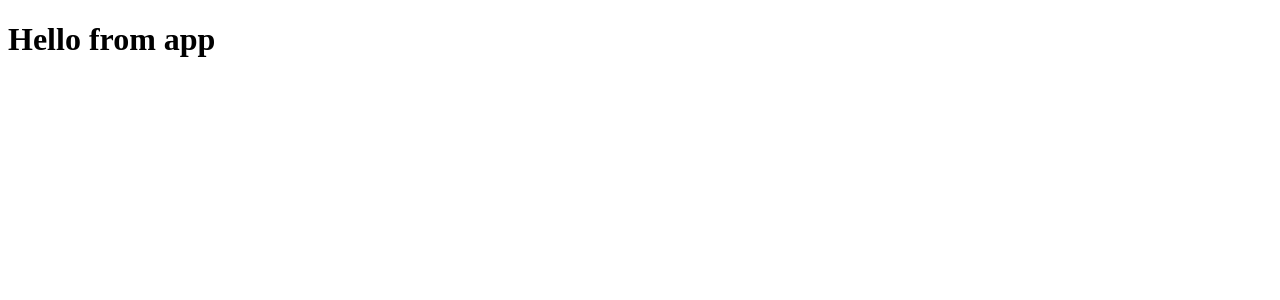
Repository: 1sanjeetsharma/cult-fit-clone
Page: /
The author's editor kept a copy of each file at every save. The page is drawn from the files as they stood at one save, then again after the next save.
The browser window is 1280 px wide. The pictures show the whole page.
The project was rebuilt for these pictures with package versions that can differ from the ones it lists, and the page was loaded fresh each time. Also part of the build but not shown: vite.config.js.

Above is the page before, as saved 2023-07-01 21:12:10.

After the next save:
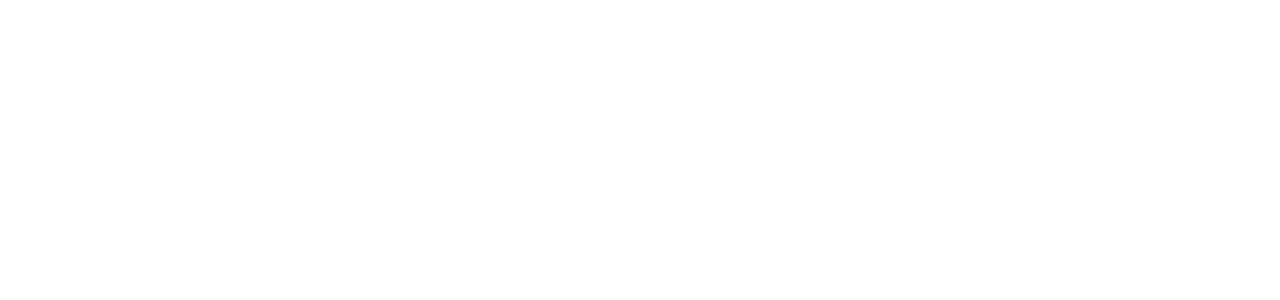
Console error: ReferenceError: children is not defined
Saved 25 s later.
--- a/src/App.jsx
+++ b/src/App.jsx
@@ -2,6 +2,7 @@
 function App() {
   return (
     <>
+      <Body></Body>
       <h1>Hello from app</h1>
     </>
   );

After the 5 saves that followed:
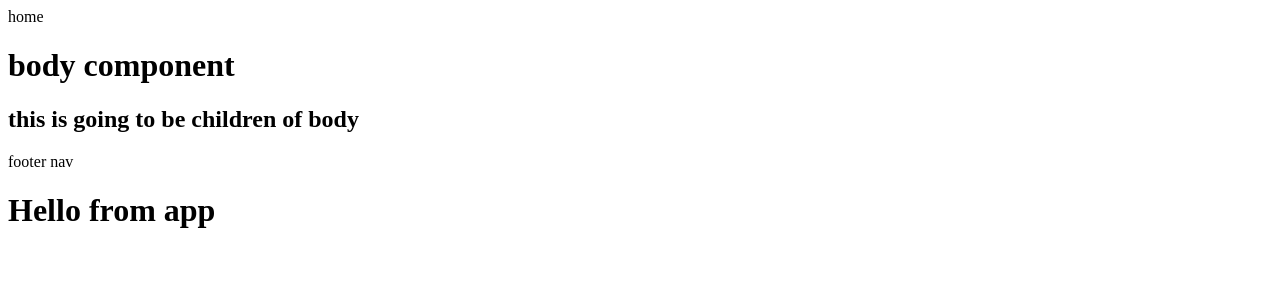
The error is gone.
The 5 saves are shown as one change because 4 left the picture as it was.
The last was saved 2 min 28 s later.
--- a/src/App.jsx
+++ b/src/App.jsx
@@ -2,7 +2,9 @@
 function App() {
   return (
     <>
-      <Body></Body>
+      <Body>
+        <h2>this is going to be children of body</h2>
+      </Body>
       <h1>Hello from app</h1>
     </>
   );
--- a/src/components/body/body.jsx
+++ b/src/components/body/body.jsx
@@ -1,8 +1,10 @@
-const Body = () => {
+const Body = (props) => {
   return (
     <>
+      <nav>home</nav>
       <h1>body component</h1>
-      {children}
+      {props.children}
+      <nav>footer nav</nav>
     </>
   );
 };
